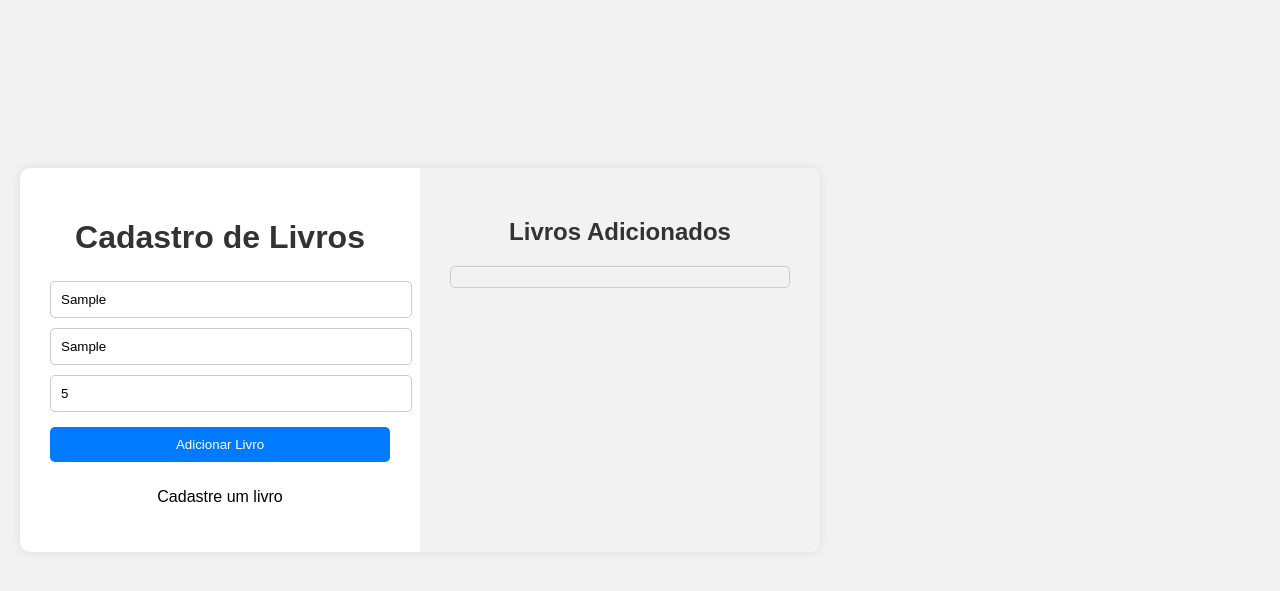
Repository: Matheus904-12/JS-BIN
Page: index.html
These files come from the project's save history. The page is drawn as it stood at one moment and after the next save; the edit follows.
The browser window is 1280 px wide. The pictures show the whole page.
Empty fields were first filled with sample values (such as "Sample", 5 or name@example.com).
After loading, the first visible `button` was clicked once.

Above is the page before, as saved 2023-08-15 20:31:40.
Console error: SyntaxError: Identifier 'notifications' has already been declared

After the next save:
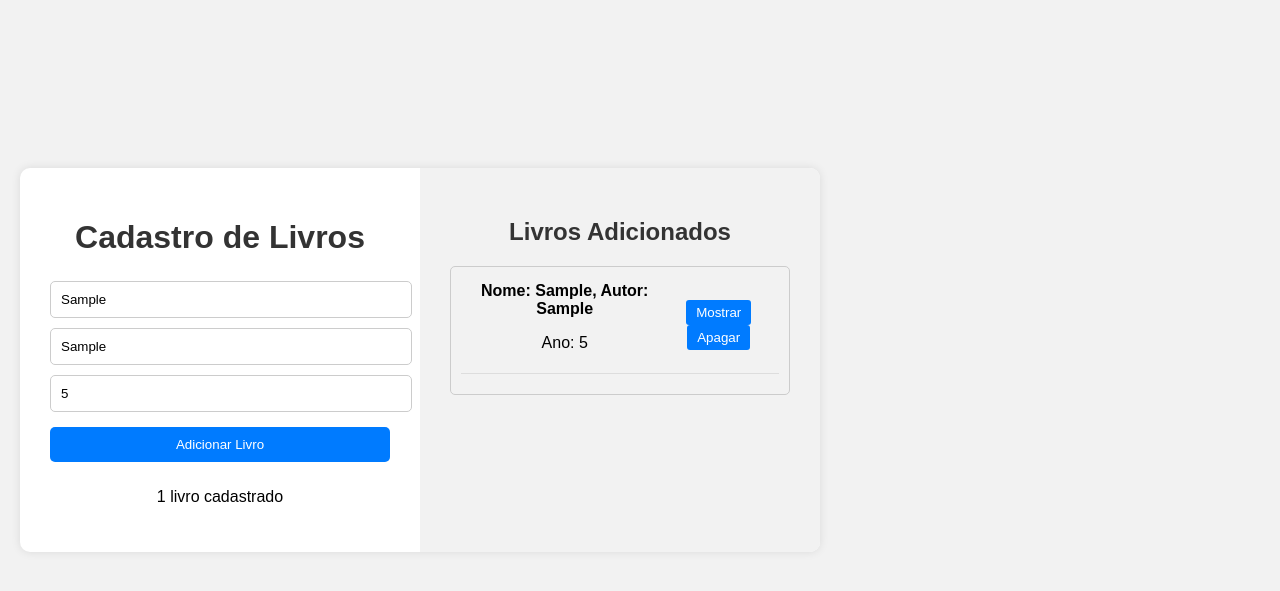
The error is gone.
Saved 27 s later.
--- a/script.js
+++ b/script.js
@@ -18,6 +18,7 @@
     biblioteca.push(livro);
     atualizarContador();
     mostrarLivros();
+    startCarousel();
 }
 
 function adicionar() {
@@ -25,6 +26,7 @@ function adicionar() {
     let autor = document.getElementById('autorLivro').value;
     let ano = document.getElementById('anoLivro').value;
     cadastro(nome, autor, ano);
+    showNotification('Livro adicionado com sucesso!', true);
 }
 
 function mostrarLivros() {
@@ -48,14 +50,14 @@ function mostrarLivros() {
         const btnDiv = document.createElement('div');
         const mostrarBtn = document.createElement('button');
         mostrarBtn.textContent = 'Mostrar';
-        mostrarBtn.onclick = function() {
+        mostrarBtn.onclick = function () {
             console.log(`Nome: ${livro.nome}, Autor: ${livro.autor}, Ano: ${livro.ano}`);
         };
         btnDiv.appendChild(mostrarBtn);
 
         const apagarBtn = document.createElement('button');
         apagarBtn.textContent = 'Apagar';
-        apagarBtn.onclick = function() {
+        apagarBtn.onclick = function () {
             biblioteca.splice(i, 1);
             mostrarLivros();
             atualizarContador();
@@ -85,11 +87,6 @@ function atualizarContador() {
     }
 }
 
-//-- Início das Notificações --//
-
-let notifications = [];
-let currentNotificationIndex = 0;
-
 function showNotification(message, isSuccess) {
     const notificationCarousel = document.getElementById('notification-carousel');
     const newNotification = document.createElement('div');
@@ -99,14 +96,22 @@ function showNotification(message, isSuccess) {
     notificationCarousel.appendChild(newNotification);
 
     notifications.push(newNotification);
-    startCarousel();
+    startNotificationCarousel();
 }
 
-//-- Fim das Notificações --//
+function startNotificationCarousel() {
+    let currentIndex = notifications.length - 1;
+    notifications[currentIndex].style.transform = 'translateX(0)';
 
-//-- Início do carrossel --//
+    setTimeout(() => {
+        notifications[currentIndex].style.transform = 'translateX(100%)';
 
-let carrosselIndex = 0;
+        setTimeout(() => {
+            notifications[currentIndex].remove();
+            notifications.splice(currentIndex, 1);
+        }, 500);
+    }, 3000);
+}
 
 function startCarousel() {
     const carrossel = document.getElementById('carrossel');
@@ -140,5 +145,3 @@ function showNextCarrosselItem() {
         }, 3000); // Troca a cada 3 segundos (3000 milissegundos)
     }
 }
-
-//-- Fim do carrossel --//
